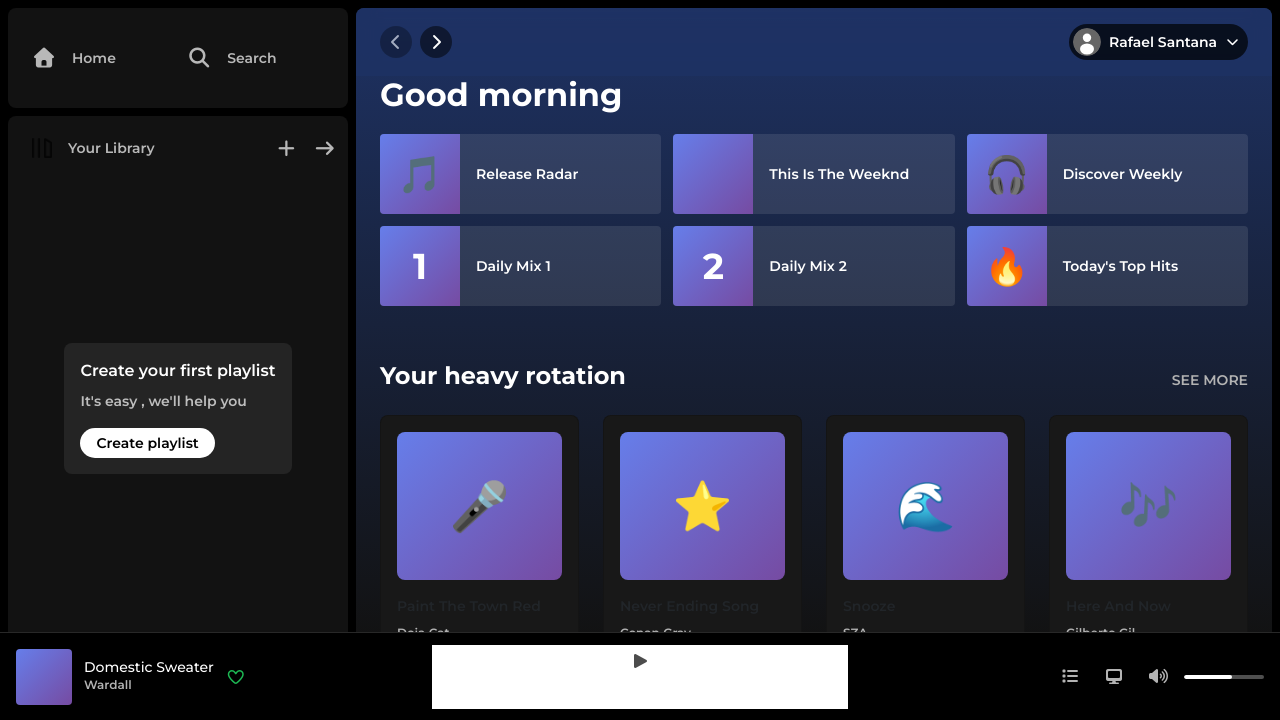
Repository: ketanBisht/spotifyFrontEnd
Page: index.html
The author's editor kept a copy of each file at every save. The page is drawn from the files as they stood at one save, then again after a run of saves.
The browser window is 1280 px wide. The pictures show the whole page.
An inner scrolling area shows only its first screen. Some web fonts or font styles are not loaded; a fallback is used. Some web libraries are served in a nearby version.

Above is the page before, as saved 2025-08-26 15:26:10.

### index.html
<!DOCTYPE html>
<html lang="en">
<head>
    <meta charset="UTF-8">
    <meta name="viewport" content="width=device-width, initial-scale=1.0">
    <link rel="stylesheet" href="https://cdnjs.cloudflare.com/ajax/libs/font-awesome/7.0.0/css/all.min.css" integrity="sha512-DxV+EoADOkOygM4IR9yXP8Sb2qwgidEmeqAEmDKIOfPRQZOWbXCzLC6vjbZyy0vPisbH2SyW27+ddLVCN+OMzQ==" crossorigin="anonymous" referrerpolicy="no-referrer" />
    <link href="https://cdn.jsdelivr.net/npm/bootstrap@5.3.7/dist/css/bootstrap.min.css" rel="stylesheet" integrity="sha384-LN+7fdVzj6u52u30Kp6M/trliBMCMKTyK833zpbD+pXdCLuTusPj697FH4R/5mcr" crossorigin="anonymous">
    <link rel="stylesheet" href="try.css">
    <link rel="icon" href="./assets/logo.png">
    <title> front end clone</title>
    <link rel="preconnect" href="https://fonts.googleapis.com">
    <link rel="preconnect" href="https://fonts.gstatic.com" crossorigin>
    <link href="https://fonts.googleapis.com/css2?family=Fira+Code:wght@300..700&family=IBM+Plex+Serif:ital,wght@0,100;0,200;0,300;0,400;0,500;0,600;0,700;1,100;1,200;1,300;1,400;1,500;1,600;1,700&family=Libertinus+Serif:ital,wght@0,400;0,600;0,700;1,400;1,600;1,700&family=Montserrat:ital,wght@0,100..900;1,100..900&family=Mukta:wght@200;300;400;500;600;700;800&family=Open+Sans:ital,wght@0,300..800;1,300..800&display=swap" rel="stylesheet">

</head>
<body>
    <div class="main">
        <div class="sideBar">
            <div class="nav">
                <div class="navOption">
                    <i class="fa-solid fa-house"></i>
                    <a href="">Home</a>
                </div>
                <div class="navOption">
                    <i class="fa-solid fa-magnifying-glass"></i>
                    <a href="">Search</a>
                </div>
            </div>
            <div class="library">
                <div class="options">
                    <div class="libOption navOption">
                        <img src="./assets/library_icon.png">
                        <a href="a">Your Library</a>
                    </div>
                    <div class="icons">
                        <i class="fa-solid fa-plus"></i>
                        <i class="fa-solid fa-arrow-right"></i>
                    </div>
                </div>
                <div class="libBox">
                    <div class="box">
                        <div class="box1">Create your first playlist</div>
                        <div class="box2">It's easy , we'll help you</div>
                        <button class="badge">Create playlist</button>

                    </div>
                </div>
            </div>
        </div>
        <div class="mainContent">
            <div class="content-header">
                <div class="nav-arrows">
                    <button class="nav-arrow">
                        <i class="fa-solid fa-chevron-left"></i>
                    </button>
                    <button class="nav-arrow">
                        <i class="fa-solid fa-chevron-right"></i>
                    </button>
                </div>
                <div class="user-menu">
                    <div class="user-profile">
                        <div class="profile-image"></div>
                        <span class="profile-name">Rafael Santana</span>
                        <i class="fa-solid fa-chevron-down"></i>
                    </div>
                </div>
            </div>

            <div class="greeting-section">
                <h1 class="greeting-title">Good morning</h1>

                <div class="quick-picks">
                    <div class="quick-pick-item">
                        <div class="quick-pick-image release-radar"></div>
                        <div class="quick-pick-title">Release Radar</div>
                    </div>
                    <div class="quick-pick-item">
                        <div class="quick-pick-image weeknd"></div>
                        <div class="quick-pick-title">This Is The Weeknd</div>
                    </div>
                    <div class="quick-pick-item">
                        <div class="quick-pick-image discover-weekly"></div>
                        <div class="quick-pick-title">Discover Weekly</div>
                    </div>
                    <div class="quick-pick-item">
                        <div class="quick-pick-image daily-mix-1"></div>
                        <div class="quick-pick-title">Daily Mix 1</div>
                    </div>
                    <div class="quick-pick-item">
                        <div class="quick-pick-image daily-mix-2"></div>
                        <div class="quick-pick-title">Daily Mix 2</div>
                    </div>
                    <div class="quick-pick-item">
                        <div class="quick-pick-image top-hits"></div>
                        <div class="quick-pick-title">Today's Top Hits</div>
                    </div>
                </div>
            </div>

            <div class="section">
                <div class="section-header">
                    <h2 class="section-title">Your heavy rotation</h2>
                    <a href="" class="show-all">SEE MORE</a>
                </div>
                <div class="cards-grid">
                    <div class="card">
                        <div class="card-image paint-town-red"></div>
                        <button class="play-button">
                            <i class="fa-solid fa-play"></i>
                        </button>
                        <div class="card-title">Paint The Town Red</div>
                        <div class="card-description">Doja Cat</div>
                    </div>
                    <div class="card">
                        <div class="card-image never-ending"></div>
                        <button class="play-button">
                            <i class="fa-solid fa-play"></i>
                        </button>
                        <div class="card-title">Never Ending Song</div>
                        <div class="card-description">Conan Gray</div>
                    </div>
                    <div class="card">
                        <div class="card-image snooze"></div>
                        <button class="play-button">
                            <i class="fa-solid fa-play"></i>
                        </button>
                        <div class="card-title">Snooze</div>
                        <div class="card-description">SZA</div>
                    </div>
                    <div class="card">
                        <div class="card-image here-now"></div>
                        <button class="play-button">
                            <i class="fa-solid fa-play"></i>
                        </button>
                        <div class="card-title">Here And Now</div>
                        <div class="card-description">Gilberto Gil</div>
                    </div>
                    <div class="card">
                        <div class="card-image back-black"></div>
                        <button class="play-button">
                            <i class="fa-solid fa-play"></i>
                        </button>
                        <div class="card-title">Back To Black</div>
                        <div class="card-description">Amy Winehouse</div>
                    </div>
                </div>
            </div>
        </div>
    </div>

    <div class="player">
        <div class="player-left">
            <div class="now-playing">
                <div class="now-playing-image"></div>
                <div class="now-playing-info">
                    <h4>Domestic Sweater</h4>
                    <p>Wardall</p>
                </div>
            </div>
            <i class="fa-regular fa-heart heart-icon"></i>
        </div>

        <div class="player-center">
            <div class="controls">
                <button class="control-btn">
                    <i class="fa-solid fa-shuffle"></i>
                </button>
                <button class="control-btn">
                    <i class="fa-solid fa-backward-step"></i>
                </button>
                <button class="control-btn play-btn">
                    <i class="fa-solid fa-play"></i>
                </button>
                <button class="control-btn">
                    <i class="fa-solid fa-forward-step"></i>
                </button>
                <button class="control-btn">
                    <i class="fa-solid fa-repeat"></i>
                </button>
            </div>
            <div class="progress-bar">
                <span class="start_time">1:23</span>
                <div class="long-progress ">
                    <div class="long-progress-filled">
                    </div>
                </div>
                <span class="end_time">3:45</span>
            </div>
        </div>

        <div class="player-right">
            <div class="volume-controls">
                <button class="control-btn">
                    <i class="fa-solid fa-list"></i>
                </button>
                <button class="control-btn">
                    <i class="fa-solid fa-desktop"></i>
                </button>
                <button class="control-btn">
                    <i class="fa-solid fa-volume-high"></i>
                </button>
                <div class="progress" style="width: 80px;">
                    <div class="progress-filled" style="width: 60%;"></div>
                </div>
            </div>
        </div>
    </div>


    <script src="https://cdn.jsdelivr.net/npm/bootstrap@5.3.7/dist/js/bootstrap.bundle.min.js" integrity="sha384-ndDqU0Gzau9qJ1lfW4pNLlhNTkCfHzAVBReH9diLvGRem5+R9g2FzA8ZGN954O5Q" crossorigin="anonymous"></script>
</body>
</html>

Loaded but not shown: try.css (690 lines, source omitted)

After the next 2 saves:
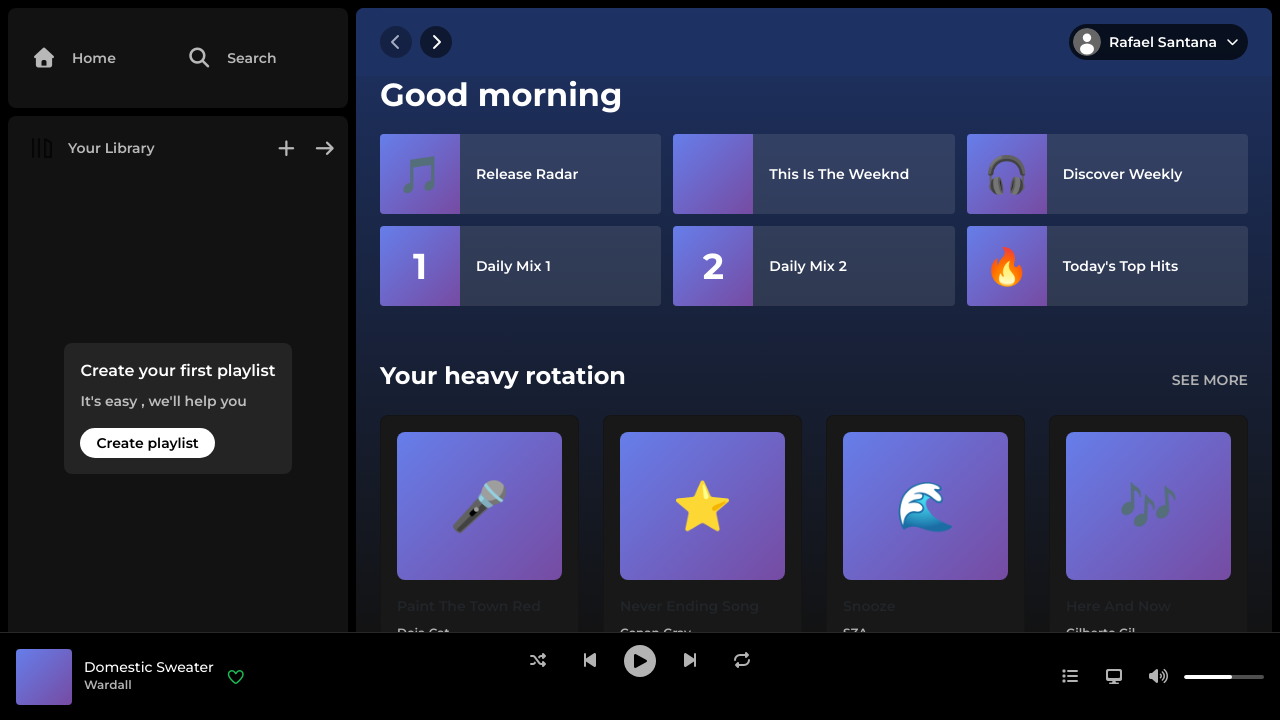
The 2 saves are shown as one change because they came seconds apart.
The last was saved 8 s later.
--- a/index.html
+++ b/index.html
@@ -179,12 +179,12 @@
                 </button>
             </div>
             <div class="progress-bar">
-                <span class="start_time">1:23</span>
+                <!-- <span class="start_time">1:23</span> -->
                 <div class="long-progress ">
                     <div class="long-progress-filled">
                     </div>
                 </div>
-                <span class="end_time">3:45</span>
+                <!-- <span class="end_time">3:45</span> -->
             </div>
         </div>
 
